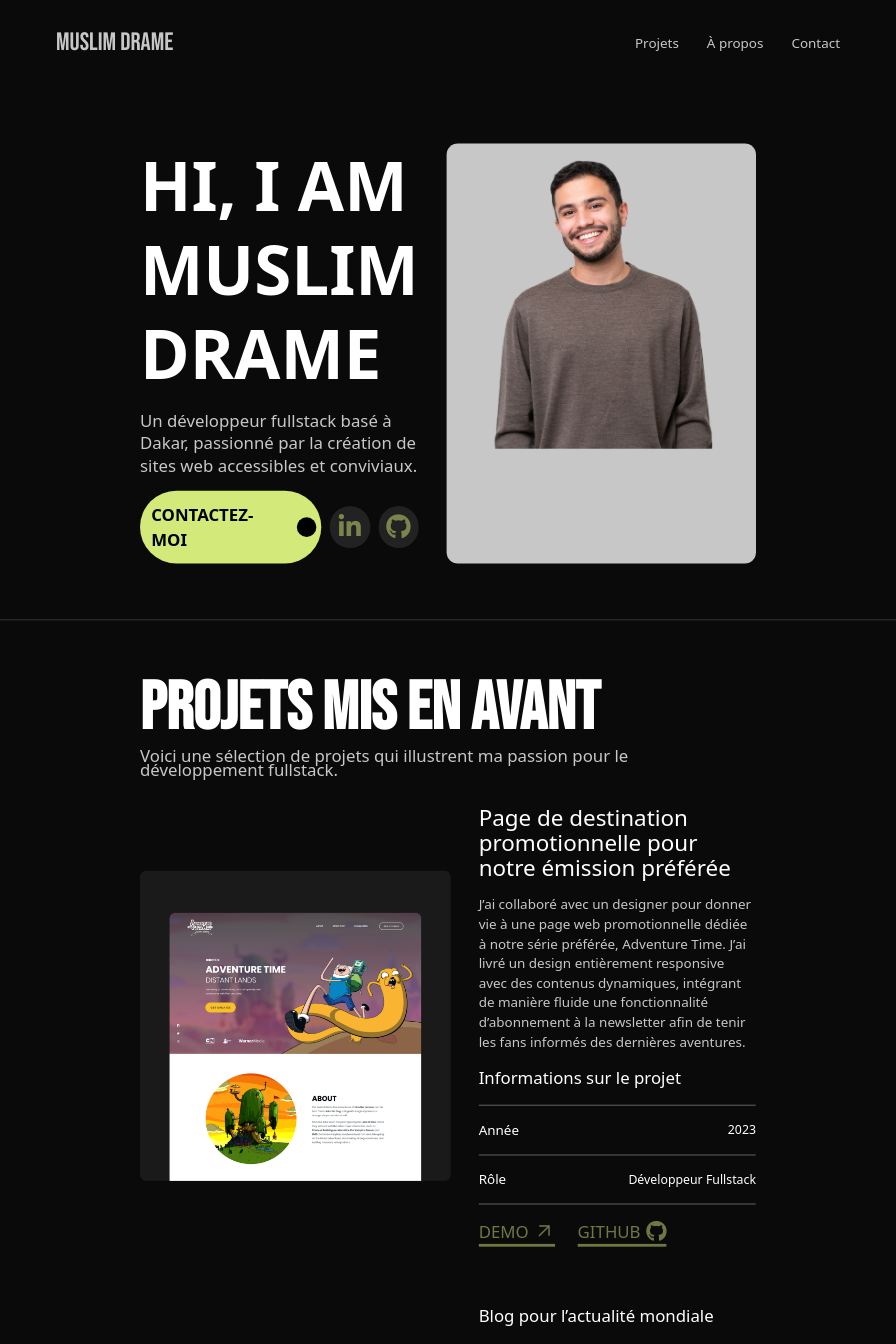
Repository: muslimdrame37-oss/Portfolio1
Page: src/index.html
An editor plug-in stored every save of this project. The page is shown before and after the next save, followed by the edit.
The browser window is 1280 px wide. The pictures show the part of the page from y = 0 to 1920 px (the page is 4693 px tall before and 4725 px after), at 70% of full size.
Some web fonts or font styles are not loaded; a fallback is used. Some web libraries are served in a nearby version.

Above is the page before, as saved 2026-02-11 17:58:47.

### src/index.html
<!doctype html>
<html lang="fr">
<head>
    <meta charset="UTF-8">
    <meta name="viewport" content="width=device-width, initial-scale=1.0">
    <meta name="description" content="Portfolio de Muslim Drame - Développeur Fullstack basé à Dakar">
    <title>Muslim Drame - Développeur Fullstack</title>

    <!-- Fonts -->
    <link rel="stylesheet" href="https://fonts.googleapis.com/css2?family=Bebas+Neue&display=swap">
    <link rel="stylesheet" href="https://fonts.googleapis.com/css2?family=Material+Symbols+Outlined:opsz,wght,FILL,GRAD@20..48,100..700,0..1,-50..200&icon_names=arrow_outward">

    <!-- Styles -->
    <link href="./output.css" rel="stylesheet">

    <!-- Icons -->
    <script src="https://kit.fontawesome.com/31ee52f68e.js" crossorigin="anonymous"></script>
</head>

<body class="bg-[#0A0A0A]">
    <!-- ========== HEADER ========== -->
    <header class="flex items-center justify-between py-4 px-5 lg:px-20">
        <h1 class="text-[#C7C7C7] text-[2rem] lg:text-4xl font-bebas">MUSLIM DRAME</h1>

        <!-- Navigation Desktop -->
        <nav class="hidden lg:flex justify-between py-8 text-[#C7C7C7] text-[1.2rem]" aria-label="Navigation principale">
            <ul class="flex gap-10">
                <li><a href="index.html" class="hover:text-[#D3E97A] transition-colors">Projets</a></li>
                <li><a href="a_propos.html" class="hover:text-[#D3E97A] transition-colors">À propos</a></li>
                <li><a href="#contact" class="hover:text-[#D3E97A] transition-colors">Contact</a></li>
            </ul>
        </nav>

        <!-- Menu Mobile -->
        <button class="lg:hidden" aria-label="Menu mobile">
            <svg xmlns="http://www.w3.org/2000/svg" height="40px" viewBox="0 -960 960 960" width="40px" fill="#484848">
                <path d="M120-680v-80h720v80H120Zm0 480v-80h720v80H120Zm0-240v-80h720v80H120Z"/>
            </svg>
        </button>
    </header>

    <!-- ========== MAIN CONTENT ========== -->
    <main>

        <!-- ========== SECTION HERO ========== -->
        <section class="px-5 mt-20 flex flex-col justify-between gap-10 lg:flex-row lg:px-50" aria-label="Section d'accueil">
            <!-- Contenu texte -->
            <div class="flex flex-col gap-5 justify-center lg:w-1/2">
                <h2 class="text-white text-[3rem] lg:text-[6rem] lg:font-bold lg:leading-30 leading-15 ">HI, I AM<br>MUSLIM DRAME</h2>
                <p class="text-1xl text-[#C7C7C7] lg:text-2xl">
                    Un développeur fullstack basé à Dakar, passionné par la création de sites web accessibles et conviviaux.
                </p>

                <!-- Boutons d'action -->
                <div class="flex gap-3 items-center">
                    <!-- Bouton Contact -->
                    <a href="#contact" class="bg-[#D3E97A] flex justify-between items-center pl-2 text-black font-bold text-[1rem] rounded-[100px] gap-1 lg:gap-3 py-2 lg:py-4 lg:text-[1.5rem] lg:pl-4 hover:bg-[#c5db6f] transition-colors">
                        CONTACTEZ-MOI
                        <span class="w-11 h-10 flex items-center justify-center">
                            <span class="bg-black w-4 h-4 rounded-full lg:w-7 lg:h-7"></span>
                        </span>
                    </a>

                    <!-- Réseaux sociaux -->
                    <a href="#" class="w-10 h-10 rounded-full bg-[#222222] flex justify-center items-center lg:w-15 lg:h-15 hover:bg-[#333333] transition-colors" aria-label="LinkedIn">
                        <i class="fa-brands fa-linkedin-in text-[#D3E97A] text-2xl lg:text-4xl animate-pulse"></i>
                    </a>
                    <a href="#" class="w-10 h-10 rounded-full bg-[#222222] flex justify-center items-center lg:w-15 lg:h-15 hover:bg-[#333333] transition-colors" aria-label="GitHub">
                        <i class="fa-brands fa-github text-2xl lg:text-4xl text-[#D3E97A] animate-pulse"></i>
                    </a>
                </div>
            </div>

            <!-- Image hero -->
            <div class="bg-[#C7C7C7] rounded-2xl overflow-hidden">
                <img src="image/image1.png" alt="Portrait de Muslim Drame" width="880" class="w-full h-auto">
            </div>
        </section>

        <!-- Séparateur -->
        <hr class="border-[#484848] border-t mt-20">

        <!-- ========== SECTION PROJETS ========== -->

        <section class="flex flex-col px-8 mt-20 lg:px-50">
            <div class="flex flex-col gap-2">
                <h2 class="text-4xl text-white font-extrabold font-bebas lg:text-8xl">PROJETS MIS EN AVANT</h2>
                <p class="text-2xl text-[#C7C7C7] leading-5">Voici une sélection de projets qui illustrent ma passion pour le développement fullstack.</p>
            </div>
            <div class="flex flex-col lg:flex-row gap-10 mt-10 lg:w-[1,224px] justify-center items-center">
                <div>
                    <img src="image/image2.png" alt="" class="w-4xl">
                </div>
                <!-- INFORMATION -->
                <!-- TITRE ET DESCCRIPTION -->
                <div class=" lg:w-200 flex flex-col gap-5 ">
                    <div class="flex flex-col gap-5">
                        <h2 class="text-white text-[2rem] leading-9">Page de destination promotionnelle pour notre émission préférée</h2>
                        <p class="text-[#C7C7C7] leading-7 text-[1.2rem]">J’ai collaboré avec un designer pour donner vie à une page web promotionnelle dédiée à notre série préférée, Adventure Time. J’ai livré un design entièrement responsive avec des contenus dynamiques, intégrant de manière fluide une fonctionnalité d’abonnement à la newsletter afin de tenir les fans informés des dernières aventures.</p>
                    </div>
                    <!-- INFORMATION SUR LE PROJET -->
                    <div class=" flex flex-col gap-5">
                        <h3 class="text-white text-[1.5rem]">Informations sur le projet</h3>
                        <div class="flex flex-col gap-5">
                            <div class="w-full border-[#484848] border"></div>

                            <div class="flex justify-between">
                                <p class="text-white text-[1.2rem]">Année</p>
                                <p class="text-white text-[1.1rem]">2023</p>
                            </div>

                            <div class="w-full border-[#484848] border"></div>

                            <div class="flex justify-between">
                                <p class="text-white text-[1.2rem]">Rôle</p>
                                <p class="text-white text-[1.1rem]">Développeur Fullstack</p>
                            </div>

                            <div class="w-full border-[#484848] border"></div>

                        </div>
                    </div>

                    <!-- LIEN DEMO & GITHUB -->

                    <div class="flex gap-8">
                        <a href="#">
                            <div class="animate-pulse">
                            <div class="flex items-center gap-2 ">
                                <p class="text-[#D3E97A] text-[1.5rem]">DEMO</p>
                                <svg xmlns="http://www.w3.org/2000/svg" height="30px" viewBox="0 -960 960 960" width="30px" fill="#D3E97A"><path d="M246.67-244 200-290.67l402.67-402.66H236V-760h480v480h-66.67v-366.67L246.67-244Z"/></svg>
                            </div>
                            <div class="w-full border-[#D3E97A] border-2"></div>
                        </div>
                        </a>
                        <a href="#">
                            <div class="animate-pulse">
                            <div class="flex items-center gap-2">
                                <p class="text-[#D3E97A] text-[1.5rem]">GITHUB</p>
                                <i class="fa-brands fa-github text-3xl text-[#D3E97A]"></i>
                            </div>
                            <div class="w-full border-[#D3E97A] border-2"></div>
                        </div>
                        </a>

                    </div>
                </div>
            </div>
        </section>

        <!-- PROJET 2 -->

        <section class="flex flex-col px-8 mt-20 gap-8 lg:gap-10 lg:flex-row lg:px-50 items-center">
            <div>
                <img src="image/image3.png" alt="" class="w-4xl">
            </div>
            <div class="lg:w-200 flex flex-col gap-5">
                <div class="flex flex-col gap-5">
                    <h2 class="text-white text-[1.5rem]">Blog pour l’actualité mondiale</h2>
                    <p class="text-[#C7C7C7] text-[1.2rem] leading-7">J'ai maîtrisé les complexités de CSS Grid pour créer une page d'accueil innovante pour un site d'actualités, en prenant des décisions de design complexes afin d'assurer une expérience utilisateur fluide. Ce projet m'a permis de renforcer mes compétences en développement fullstack.</p>
                </div>
                <div class="flex flex-col gap-8">
                    <div class="text-[1.5rem] text-white ">Informations sur le projet</div>
                    <div class="flex flex-col gap-4">
                        <div class="w-full border-[#484848] border "></div>
                        <div class="flex justify-between">
                            <p class="text-white text-[1.2rem]">Client</p>
                            <p class="text-[#C7C7C7] text-[1.1rem]">World News</p>
                        </div>
                        <div class="w-full border-[#484848] border "></div>
                        <div class="flex justify-between">
                            <p class="text-white text-[1.2rem]">Année</p>
                            <p class="text-[#C7C7C7] text-[1.1rem]">2022</p>
                        </div>
                        <div class="w-full border-[#484848] border "></div>
                        <div class="flex justify-between">
                            <p class="text-white text-[1.5rem]">Rôle</p>
                            <p class="text-[#C7C7C7] text-[1.5rem]">Développeur Fullstack</p>
                        </div>
                        <div class="w-full border-[#484848] border "></div>
                    </div>
                </div>
                <a href="#">
                    <div class="flex flex-col animate-pulse">
                    <div class="flex items-center gap-2">
                        <p class="text-[#D3E97A] text-[1.5rem]">DEMO</p>
                        <svg xmlns="http://www.w3.org/2000/svg" height="30px" viewBox="0 -960 960 960" width="30px" fill="#D3E97A"><path d="M246.67-244 200-290.67l402.67-402.66H236V-760h480v480h-66.67v-366.67L246.67-244Z"/></svg>
                    </div>
                    <div class="w-25 border-[#D3E97A] border-2"></div>
                </div>
                </a>
            </div>
        </section>

        <!-- PROJET 3 -->

        <section class="mt-20 flex flex-col px-8 gap-8 lg:gap-10 lg:flex-row lg:px-50 items-center">
            <img src="image/image3.png" alt="" class="w-full lg:w-1/2">
            <div class="w-full lg:w-1/2 flex flex-col gap-5">
                <div class="flex flex-col gap-5">
                    <h2 class="text-white text-[2rem]">Page produit pour site e-commerce</h2>
                    <p class="text-[#C7C7C7] text-[1.2rem] leading-8 ">J’ai conçu avec succès une page produit attrayante, intégrant une galerie dynamique en lightbox et un panier fonctionnel fluide, démontrant ma maîtrise du développement en JavaScript.</p>
                </div>
                <div class="flex flex-col gap-5">
                    <div class="text-[1.5rem] text-white lg:mt-5 ">Informations sur le projet</div>
                    <div class="flex flex-col gap-5">
                        <div class="w-full border-[#484848] border "></div>
                        <div class="flex justify-between">
                            <p class="text-white text-[1.2rem]">Année</p>
                            <p class="text-[#C7C7C7] text-[1.1rem]">2022</p>
                        </div>
                        <div class="w-full border-[#484848] border "></div>
                        <div class="flex justify-between">
                            <p class="text-white text-[1.2rem]">Rôle</p>
                            <p class="text-[#C7C7C7] text-[1.1rem]">Développeur Fullstack</p>
                        </div>
                        <div class="w-full border-[#484848] border "></div>
                    </div>
                </div>
                <!-- LIEN DÉMO & GITHUB -->
                <div class="flex gap-8 items-center">
                    <a href="#">
                        <div class="animate-pulse">
                        <div class="flex items-center gap-2">
                            <p class="text-[#D3E97A] text-[1.5rem]">DEMO</p>
                            <svg xmlns="http://www.w3.org/2000/svg" height="30px" viewBox="0 -960 960 960" width="30px" fill="#D3E97A"><path d="M246.67-244 200-290.67l402.67-402.66H236V-760h480v480h-66.67v-366.67L246.67-244Z"/></svg>
                    </div>
                    <div class="w-full border-[#D3E97A] border-2"></div>
                    </div>
                    </a>
                    <a href="#">
                        <div class="animate-pulse">
                        <div class="flex items-center gap-2">
                            <p class="text-[#D3E97A] text-[1.5rem]">GITHUB</p>
                            <i class="fa-brands fa-github text-3xl text-[#D3E97A]"></i>
                        </div>
                        <div class="w-full border-[#D3E97A] border-2"></div>
                    </div>
                    </a>
                </div>
            </div>
        </section>

        <!-- À PROPOS DE MOI -->
        <div class="w-full border-[#484848] border my-10"></div>

        <section class=" flex flex-col px-8 gap-5 lg:flex-row lg:gap-10 lg:px-50 justify-between">
            <div class="text-6xl text-white  lg:w-200 lg:text-[140px] font-bebas">À PROPOS DE MOI</div>
            <div class="lg:w-200">
                <div class="flex flex-col gap-10 ">
                    <p class="text-white text-[1.5rem] ">Je suis développeur Fullstack passionné basé à DAKAR, avec une formation en génie Informatique.</p>
                    <div class="text-[#484848] text-[1.2rem]">Je suis développeur fullstack basé à Dakar, à la recherche d’opportunités stimulantes. Avec une formation en génie informatique, je mets un point d’honneur à privilégier l’accessibilité lors du développement. Passionné et curieux, j’aime résoudre des problèmes complexes.
                    Actuellement, j’explore React.js, Laravel et m’initie également au design. En dehors du codage, j’apprécie jouer au football, la photographie et jouer à la carte. Je continue d’apprendre pour améliorer constamment mes compétences.</div>
                    <a href="a_propos.html" class="text-[#D3E97A] text-[1.5rem] underline underline-offset-8 hover:text-[#c5db6f] transition-colors">EN SAVOIR PLUS SUR MOI</a>
                </div>
            </div>
        </section>

        <hr class="border-[#484848] border-t my-10">

        <!-- ========== SECTION CONTACT ========== -->

        <section id="contact" class="flex flex-col px-8 mb-10 lg:px-50 lg:gap-10 lg:flex-row" aria-label="Formulaire de contact">
            <!-- Informations de contact -->
            <div class="flex flex-col gap-10 lg:w-200">
                <h2 class="lg:text-[100px] text-white font-bold text-4xl font-bebas">ENTRONS EN CONTACT</h2>
                <div class="flex flex-col gap-2">
                    <p class="text-[#C7C7C7] text-[1rem]">
                        Dites moi hello <a href="mailto:muslimdrame37@gmail.com" class="text-white hover:text-[#D3E97A] transition-colors">muslimdrame37@gmail.com</a>
                    </p>
                    <p class="text-white text-[1rem]">Pour en savoir plus sur moi, jetez un coup d'œil à mon <a href="#" class="text-[#D3E97A] underline underline-offset-5 hover:text-[#c5db6f] transition-colors">CV</a></p>
                </div>
                <!-- Réseaux sociaux -->
                <nav class="flex gap-5" aria-label="Réseaux sociaux">
                    <a href="#" aria-label="LinkedIn" class="hover:scale-110 transition-transform">
                        <i class="fa-brands fa-linkedin-in text-[#D3E97A] text-4xl animate-pulse"></i>
                    </a>
                    <a href="#" aria-label="GitHub" class="hover:scale-110 transition-transform">
                        <i class="fa-brands fa-github text-[#D3E97A] text-4xl animate-pulse"></i>
                    </a>
                    <a href="#" aria-label="Twitter" class="hover:scale-110 transition-transform">
                        <i class="fa-brands fa-x-twitter text-[#D3E97A] text-4xl animate-pulse"></i>
                    </a>
                    <a href="#" aria-label="Instagram" class="hover:scale-110 transition-transform">
                        <i class="fa-brands fa-instagram text-[#D3E97A] text-4xl animate-pulse"></i>
                    </a>
                </nav>
            </div>


            <form action="" method="POST" class="flex flex-col gap-5 mt-10 lg:mt-0 w-full lg:w-200">
                <div class="flex flex-col gap-3">
                    <label for="name" class="text-[#C7C7C7] text-[1.5rem]">Nom complet</label>
                    <input class="text-[#C7C7C7] bg-[#1A1A1A] px-6 py-2 rounded-lg text-[1.5rem] focus:outline-none focus:ring-2 focus:ring-[#D3E97A] transition-all" type="text" name="name" placeholder="Muslim" id="name" required>
                </div>
                <div class="flex flex-col gap-3">
                    <label for="email" class="text-[#C7C7C7] text-[1.5rem]">Email</label>
                    <input class="text-[#C7C7C7] bg-[#1A1A1A] px-6 py-2 rounded-lg text-[1.5rem] focus:outline-none focus:ring-2 focus:ring-[#D3E97A] transition-all" type="email" name="email" placeholder="votre@email.com" id="email" required>
                </div>
                <div class="flex flex-col gap-3">
                    <label for="sujet" class="text-[#C7C7C7] text-[1.5rem]">Sujet</label>
                    <input class="text-[#C7C7C7] bg-[#1A1A1A] px-6 py-2 rounded-lg text-[1.5rem] focus:outline-none focus:ring-2 focus:ring-[#D3E97A] transition-all" type="text" name="sujet" placeholder="Sujet de votre message" id="sujet" required>
                </div>
                <div class="flex flex-col gap-3">
                    <label for="message" class="text-[#C7C7C7] text-[1.5rem]">Message</label>
                    <textarea name="message" id="message" rows="6" placeholder="Votre message..." class="text-[#C7C7C7] bg-[#1A1A1A] px-6 py-2 rounded-lg text-[1.5rem] resize-none focus:outline-none focus:ring-2 focus:ring-[#D3E97A] transition-all" required></textarea>
                </div>
                <button type="submit" class="text-black bg-[#D3E97A] py-2 lg:py-4 text-[1rem] font-bold rounded-[100px] w-35 hover:bg-[#c5db6f] transition-colors cursor-pointer">Envoyer</button>
            </form>
        </section>
    </main>

    <!-- ========== FOOTER ========== -->
    <footer class="w-full pb-6">
        <div class="mx-auto flex flex-col lg:flex-row gap-2 lg:gap-8 items-center justify-between border border-white/10 bg-[#1A1A1A] px-6 py-4 text-sm text-[#C7C7C7] backdrop-blur-md">
            <!-- Copyright -->
            <p>© 2026 Muslim Drame. Tous droits réservés.</p>

            <!-- Réseaux sociaux -->
            <nav class="flex items-center gap-2 text-2xl" aria-label="Réseaux sociaux footer">
                <a href="#" class="hover:text-white transition-colors" aria-label="Facebook">
                    <i class="fa-brands fa-facebook"></i>
                </a>
                <a href="#" class="hover:text-white transition-colors" aria-label="Instagram">
                    <i class="fa-brands fa-instagram"></i>
                </a>
                <a href="#" class="hover:text-white transition-colors" aria-label="Twitter">
                    <i class="fa-brands fa-x-twitter"></i>
                </a>
                <a href="#" class="hover:text-white transition-colors" aria-label="GitHub">
                    <i class="fa-brands fa-github"></i>
                </a>
                <a href="#" class="hover:text-white transition-colors" aria-label="YouTube">
                    <i class="fa-brands fa-youtube"></i>
                </a>
            </nav>
        </div>
    </footer>

</body>
</html>

Loaded but not shown: src/output.css (2245 lines, source omitted)

After the next save:
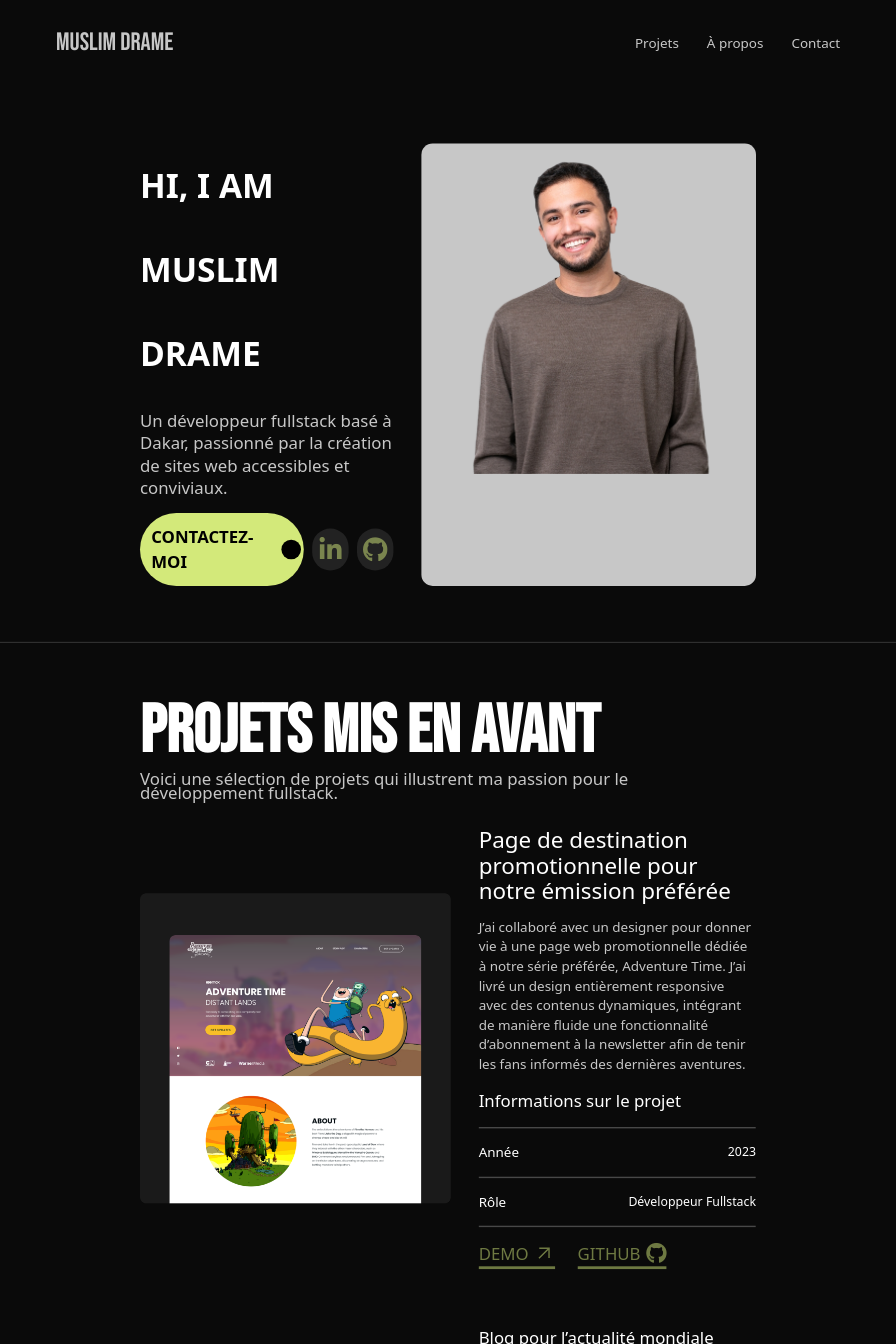
Saved 47 min 25 s later.
--- a/src/index.html
+++ b/src/index.html
@@ -46,7 +46,7 @@
         <section class="px-5 mt-20 flex flex-col justify-between gap-10 lg:flex-row lg:px-50" aria-label="Section d'accueil">
             <!-- Contenu texte -->
             <div class="flex flex-col gap-5 justify-center lg:w-1/2">
-                <h2 class="text-white text-[3rem] lg:text-[6rem] lg:font-bold lg:leading-30 leading-15 ">HI, I AM<br>MUSLIM DRAME</h2>
+                <h2 class="text-white text-[3rem] lg:text-[5rem] lg:font-bold lg:leading-30 leading-15 ">HI, I AM<br>MUSLIM DRAME</h2>
                 <p class="text-1xl text-[#C7C7C7] lg:text-2xl">
                     Un développeur fullstack basé à Dakar, passionné par la création de sites web accessibles et conviviaux.
                 </p>
